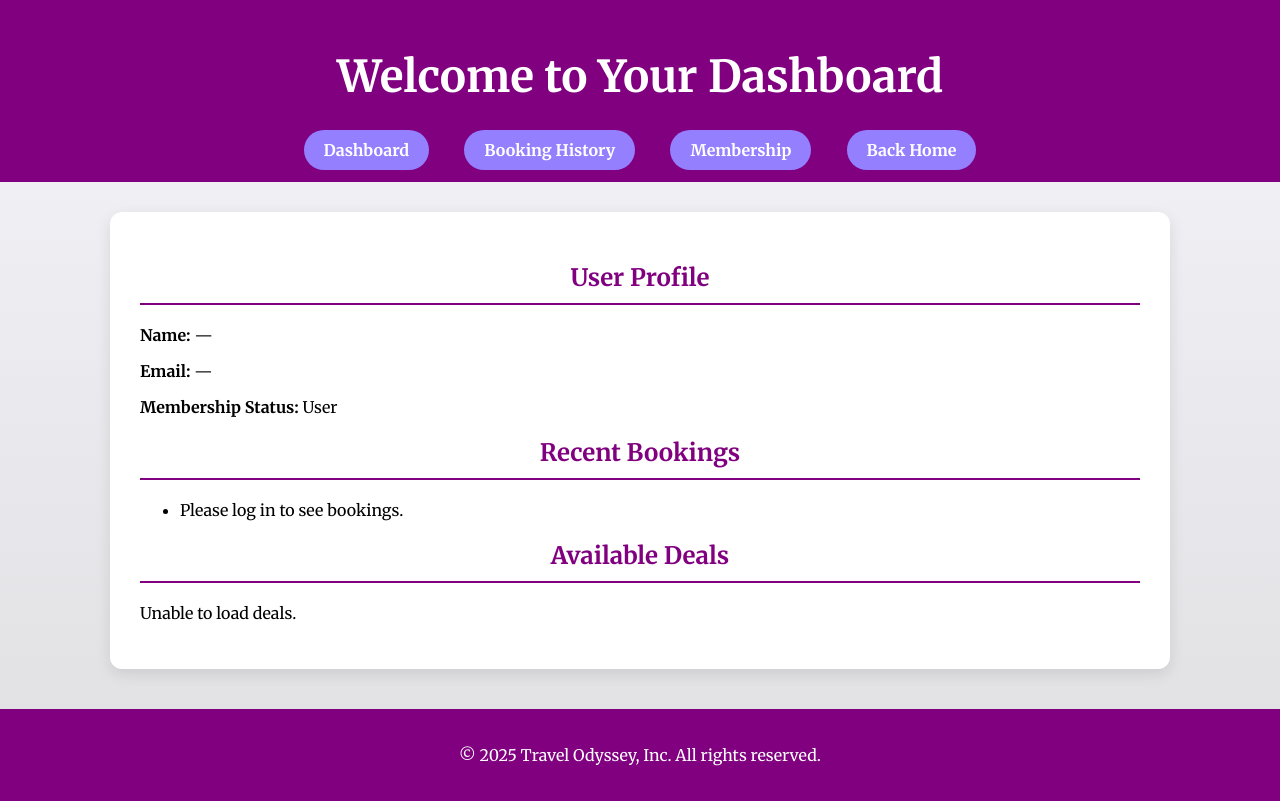
Repository: GHzPhoenix/Project-Odyssey
Page: Frontend/dashboard.html
The author's editor kept a copy of each file at every save. The page is drawn from the files as they stood at one save, then again after the next save.
The browser window is 1280 px wide. The pictures show the whole page.
The page's requests for data from a server got no answer.

Above is the page before, as saved 2025-06-08 10:55:09.

After the next save:
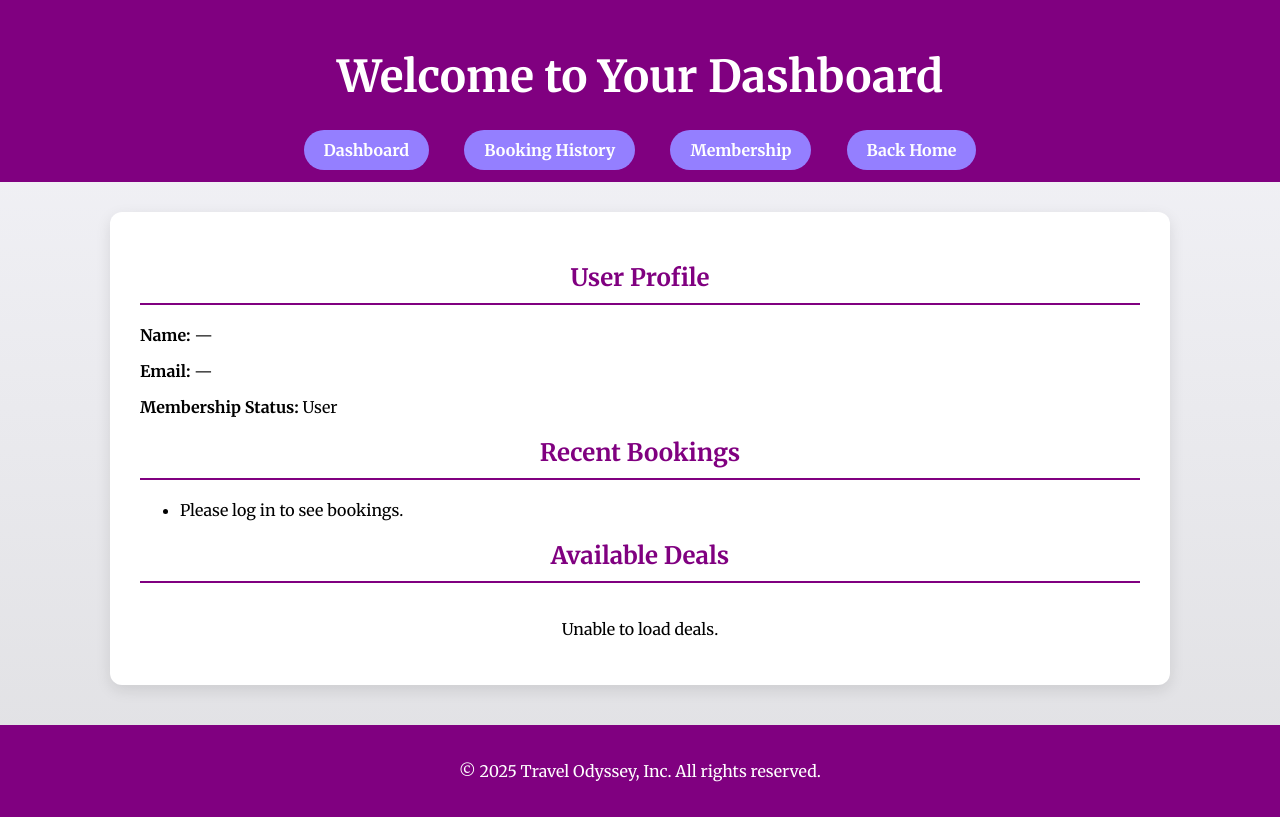
Saved 71 s later.
--- a/Frontend/css/dashboard.css
+++ b/Frontend/css/dashboard.css
@@ -103,6 +103,25 @@ h2 {
   color: purple;
   margin-bottom: 10px;
 }
+.deals-container {
+  display: flex;
+  justify-content: center;
+  flex-wrap: wrap;
+  gap: 30px;
+  margin-top: 20px;
+}
+
+.deal-card {
+  position: relative;
+  background-color: #fff;
+  border-radius: 12px;
+  box-shadow: 0 4px 10px rgba(0, 0, 0, 0.15);
+  overflow: hidden;
+  width: 300px;
+  text-align: center;
+  padding-bottom: 20px;
+  transition: transform 0.3s ease-in-out;
+}
 
 .dashboard-section p {
   font-size: 16px;
